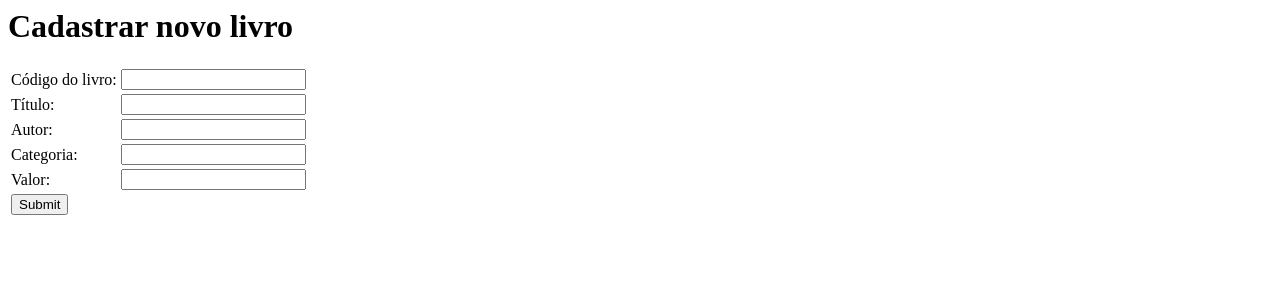
Repository: EikDEV/Atividade-Cliente-Servidor
Page: crudjspjava/src/main/webapp/livroform.html
The author's editor kept a copy of each file at every save. The page is drawn from the files as they stood at one save, then again after the next save.
The browser window is 1280 px wide. The pictures show the whole page.

Above is the page before, as saved 2022-11-04 15:43:48.

### crudjspjava/src/main/webapp/livroform.html
<h1>Cadastrar novo livro</h1>

<form>
	<table>
		<tr>
			<td>Código do livro:</td>
			<td><input type="number" name="codlivro" /></td>
		</tr>
		<tr>
			<td>Título:</td>
			<td><input type="text" name="titulo" /></td>
		</tr>
		<tr>
			<td>Autor:</td>
			<td><input type="text" name="autor" /></td>
		</tr>
		<tr>
			<td>Categoria:</td>
			<td><input type="text" name="categoria" /></td>
		</tr>
		<tr>
			<td>Valor:</td>
			<td><input type="number" name="valor" /></td>
		<tr>
			<td colspan="2">
				<input type="submit">
			</td>
		</tr>
	</table>
</form>

After the next save:
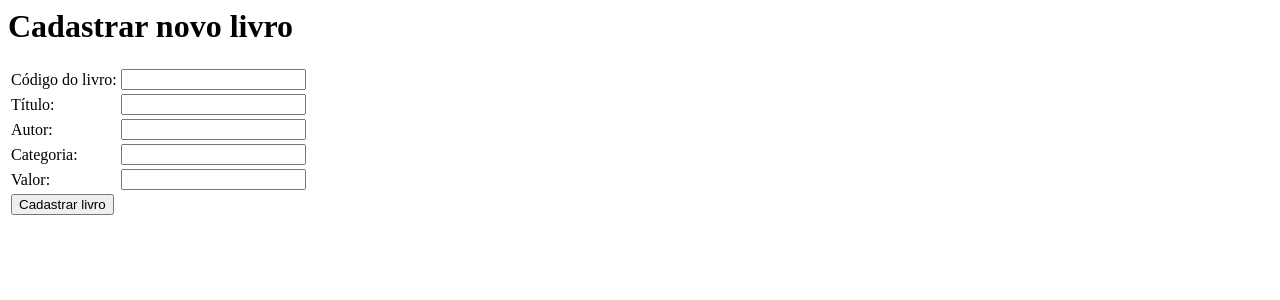
Saved 13 s later.
--- a/crudjspjava/src/main/webapp/livroform.html
+++ b/crudjspjava/src/main/webapp/livroform.html
@@ -23,7 +23,7 @@
 			<td><input type="number" name="valor" /></td>
 		<tr>
 			<td colspan="2">
-				<input type="submit">
+				<input type="submit" value="Cadastrar livro">
 			</td>
 		</tr>
 	</table>
